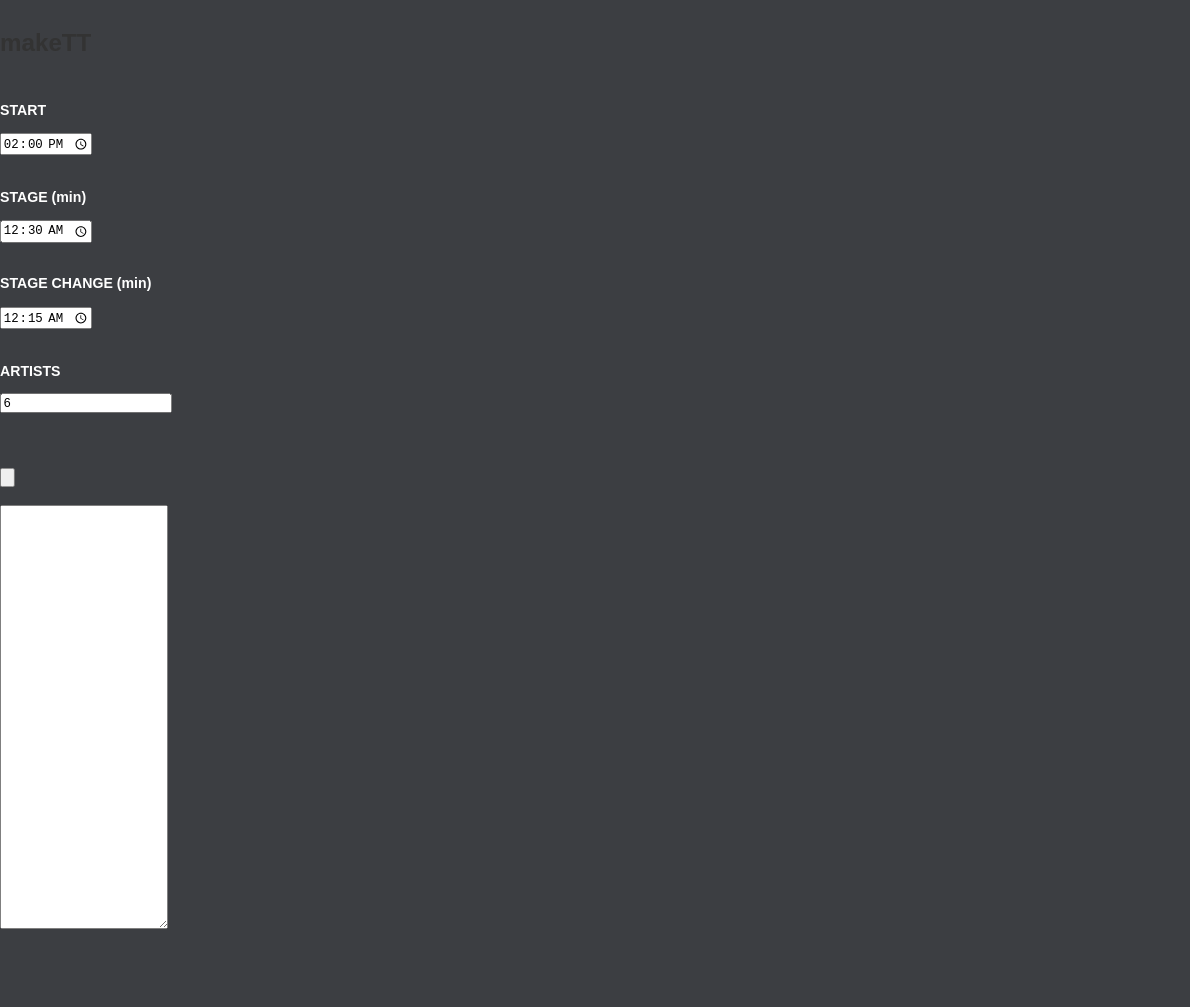
Repository: llll-7/makeTT
Page: index.html
The author's editor kept a record of every edit. The page is drawn from the files as they stood at one moment, then again after the next edit.
The browser window is 1280 px wide. The pictures show the whole page, at 93% of full size.

Above is the page before.

### index.html
<!DOCTYPE html>
<html lang="en">
<head>
    <meta charset="UTF-8">
    <meta name="viewport" content="width=device-width, initial-scale=1.0">
    <meta http-equiv="X-UA-Compatible" content="ie=edge">
    <title>makeTT</title>
    <link rel="stylesheet" href="stylesheet.css">
</head>
<body>
    <div id="wrapper">
        <div id="layout">
            <form name="myform">
                <br>
                <h1 class="makett">makeTT</h1><br>
                <h3 class="white">START</h3>
                <input type="time" id="start" value="14:00"><br><br>
                <h3 class="white">STAGE (min)</h3>
                <input type="time" min="0" id="stage" value="00:30"/><br><br>
                <h3 class="white">STAGE CHANGE (min)</h3>
                <input type="time" min="0" id="change" value="00:15"/><br><br>
                <h3 class="white">ARTISTS</h3>
                <input type="number" min="0" id="artists" value="6"/><br><br><br><br>
                <!--http://web-dsn.com/css/submitbtn_img/-->
                <input type="button" class="button" id="make" value=""></input><br><br>
                <textarea id="tt" rows=30></textarea><br><br><br><br>

            </form>

            <script>

                document.getElementById("make").onclick = function() {

                    const start = document.forms.myform.start.value;
                    const stage = document.forms.myform.stage.value;
                    const change = document.forms.myform.change.value;
                    const artists = document.forms.myform.artists.value;

                    let txt = start + " START\n";
                    for(let i=0; i<artists; i++) {
                        //txt += start+" ~ "+(start + stage*(i+1))+" "+(i+1)+"\n";
                        console.log(start + stage);
                    }

                    document.getElementById("tt").innerHTML = txt;
                };

            </script>

            <br>
        </div>
    </div>
</body>
</html>

### stylesheet.css
@charset "utf-8";

body {
    margin: 0;
	padding: 0;
	font-family: "ヒラギノ角ゴ Pro W3", "Hiragino Kaku Gothic Pro", "メイリオ", Meiryo, Osaka, "ＭＳ Ｐゴシック", "MS PGothic", sans-serif;
	color: #333;
	font-size: 13px;
	line-height: 150%;
}

#wrapper {
	width: 100%;
	margin: auto;
	padding: 0px;
	border: 0px;
	background-color: #3c3e42;
}

.white {
    color: white;
}

After the next edit:
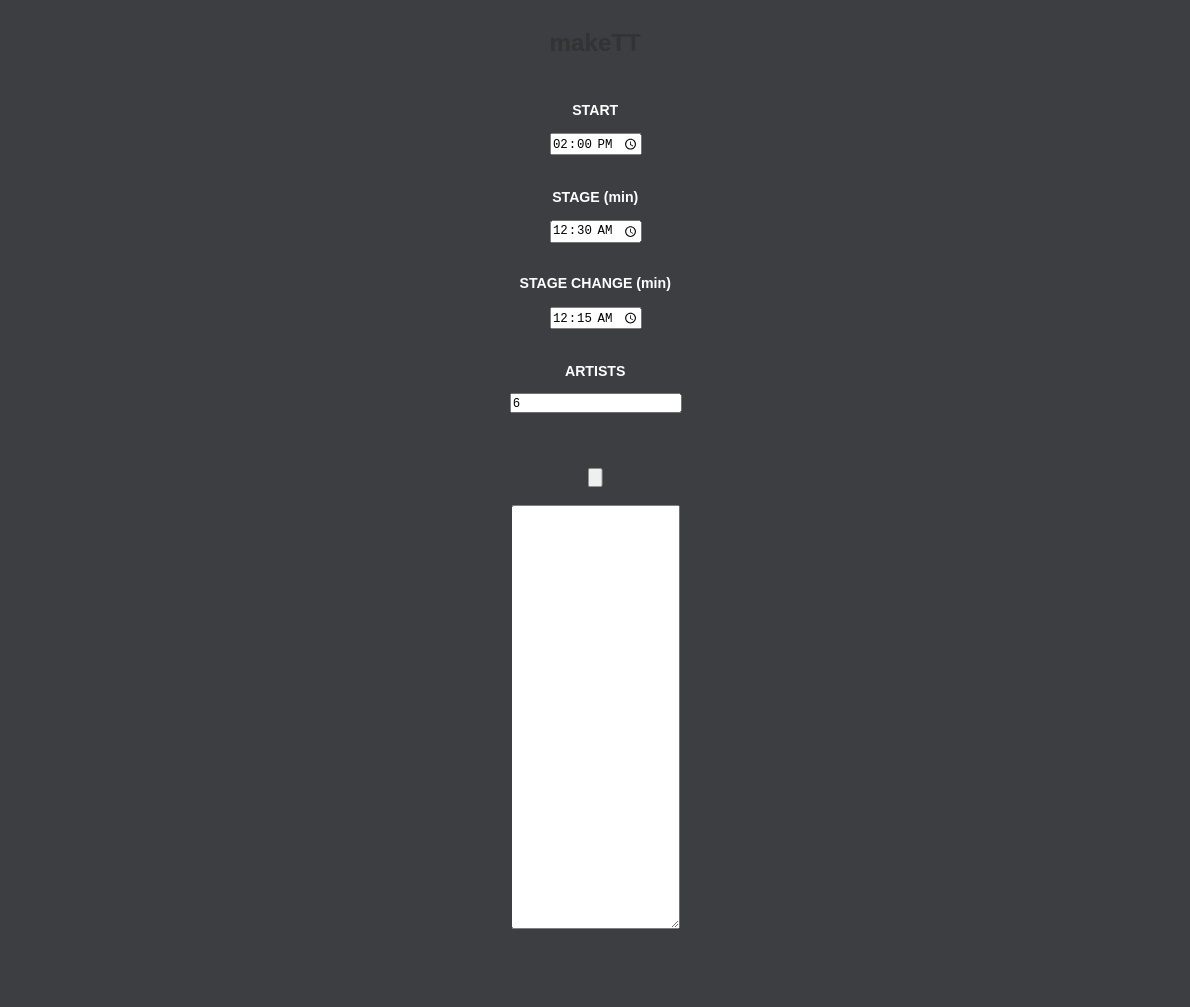
The edit:
--- a/stylesheet.css
+++ b/stylesheet.css
@@ -17,6 +17,11 @@
 	background-color: #3c3e42;
 }
 
+#layout {
+    position: relative;
+    text-align: center
+}
+
 .white {
     color: white;
 }
